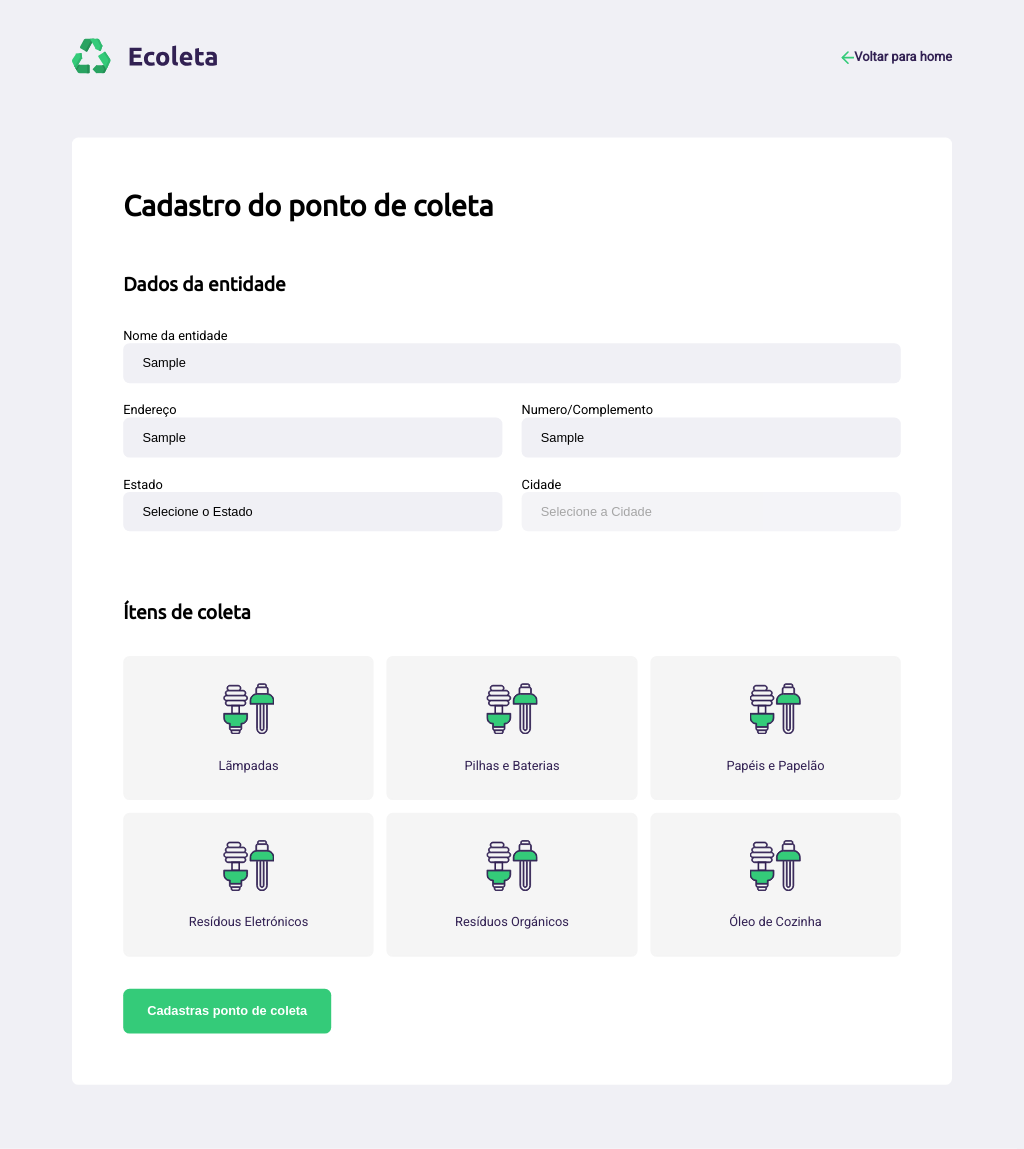
Repository: ivobass/NextLevelWeek
Page: create-point.html
These files come from the project's save history. The page is drawn as it stood at one moment and after the next save; the edit follows.
The browser window is 1280 px wide. The pictures show the whole page, at 80% of full size.
Empty fields were first filled with sample values (such as "Sample", 5 or name@example.com).
After loading, the first visible `li` was clicked once.
The page's requests for data from a server got no answer.

Above is the page before, as saved 2020-06-03 21:37:34.

After the next save:
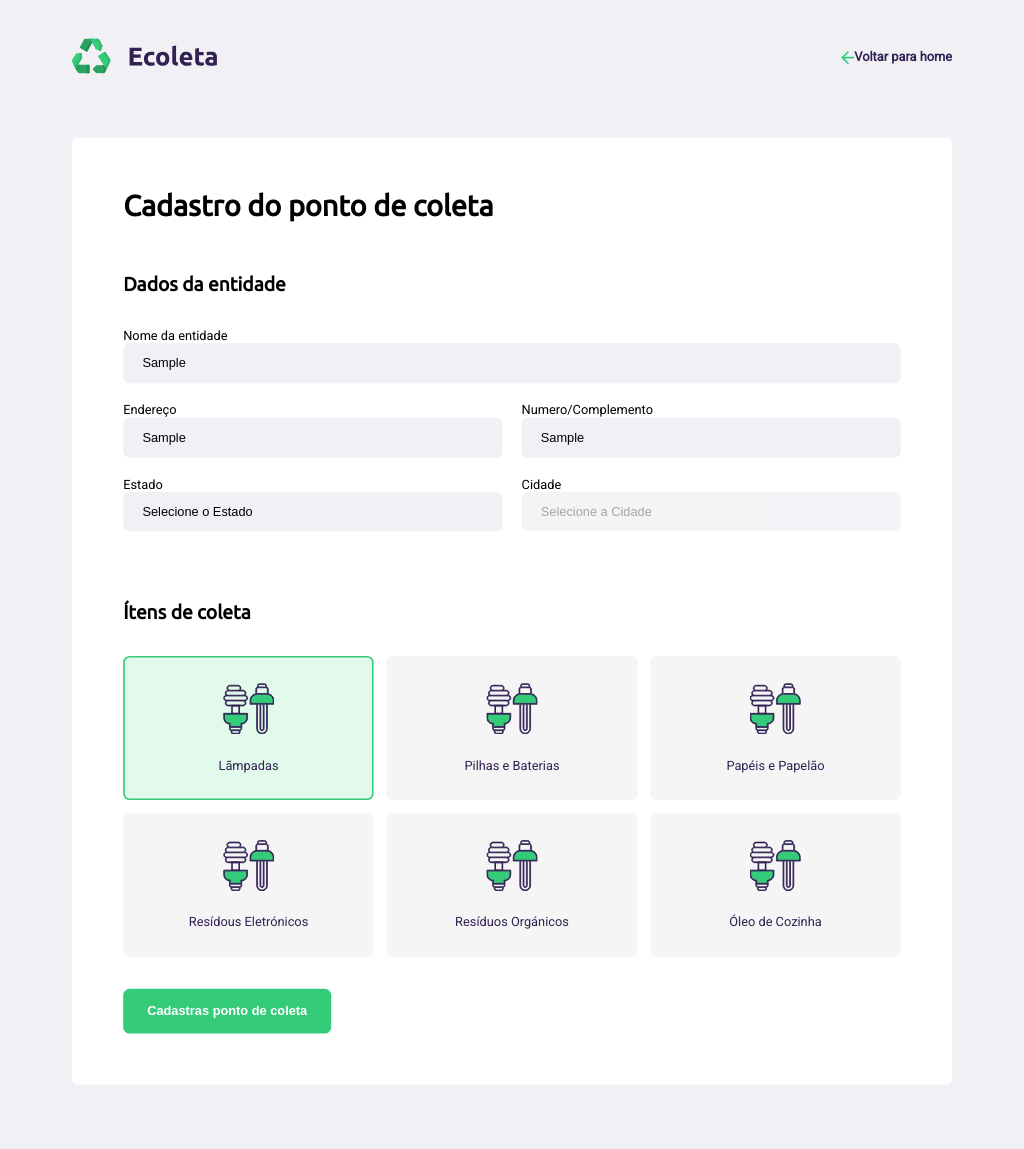
Saved 117 s later.
--- a/scripts/create-point.js
+++ b/scripts/create-point.js
@@ -64,6 +64,12 @@ for (const item of itemsToCollect) {
 }
 
 function handleSelectedItem(event) {
-    const itemId = event.target.dataset.id
-    console.log()
+    const itemLi = event.target
+
+    // adicionar ou remover uma classe com javascript
+    itemLi.classList.toggle("selected")
+
+
+    const itemId = itemLi.dataset.id
+
 }
